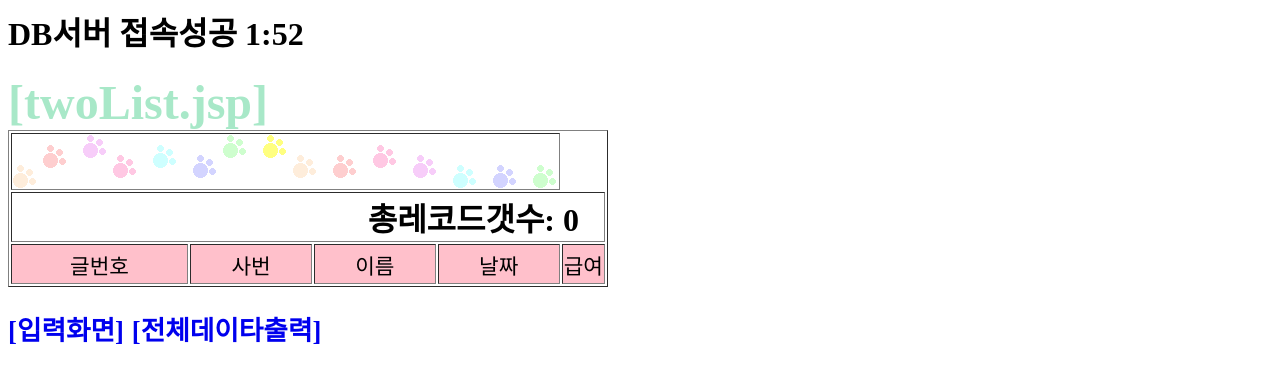
Repository: sorakazae/ITBANK_JSP_101
Page: http://localhost/Web0517/twoList.jsp
These files come from the project's save history. The page is drawn as it stood at one moment and after the next save; the edit follows.
The browser window is 1280 px wide. The pictures show the whole page.
The page is served by Tomcat 9. Queries for data that is not in the repository find no rows.

Above is the page before, as saved 2014-06-01 02:45:59.

### day8/my/Web0517/WebContent/twoList.jsp
<%@ page language="java" contentType="text/html; charset=EUC-KR"
    pageEncoding="EUC-KR"%>

<%@ page import="java.sql.*" %>
<%@ page import="java.util.*" %>

<%!
	private Connection CN;  // DB서버연결정보
	private Statement ST;  // 정적명령어, select, delete쿼리문실행
	private PreparedStatement PST;  // insert, update쿼리문실행
	private ResultSet RS; //RS=ST.executeQuery(sql); 조회된결과
	private String sql; //쿼리문기술 insert, select

	private int Gsabun; //사번값을 받을 필드
	private String Gname; //이름값을 받을 필드
	private int data1;//사번값 데이타값 받을 필드
	private String data2;//이름 데이타값 받을 필드
	private int data3;//급여 데이타값 받을 필드
%>


<%
	try{
		Class.forName("oracle.jdbc.driver.OracleDriver");

		String url="jdbc:oracle:thin:@127.0.0.1:1521:XE";
		CN=DriverManager.getConnection(url, "system","oracle");
		out.println("<h1>DB서버 접속성공 1:52</h1>");
	}catch(Exception ex){
		out.println("<h1>접속에러: "+ex.toString()+"</h1>");
	}

%>

<html>
<head>
<title> [twoList.jsp] </title>
	<style type="text/css">
		td{ font-size:16pt; }
		a{text-decoration:none; font-size:20pt; font-family:궁서체; }
		a:hover{text-decoration:underline;font-size:36pt; font-family:궁서체; }
	</style>
</head>

<body>
 <table border=1 width=600>
  <tr>
  	<td colspan=4 height=40> <img src="images/bar.gif"> </td>
  </tr>
 <%
   int total=0;
   String sql2="select count(*) as cnt from insa";
   try{
	   Statement ST2=CN.createStatement();
	   ResultSet RS2=ST2.executeQuery(sql2); // sql이 아니라 sql2이다
	   if(RS2.next()==true){
		   total=RS2.getInt("cnt");
	   }
   }catch(Exception ex){}
 %>

  <tr align="right">
  	<td colspan=5 height=40>
  	<font size=6><b>총레코드갯수: <%= total %> &nbsp;&nbsp; </b></font>
  	</td>
  </tr>

  <tr height=40 bgcolor=pink align="center">
  	<td> 글번호 </td> <td> 사번 </td> <td> 이름 </td> <td> 날짜 </td> <td> 급여 </td>
  </tr>
  <font size=7 color="#A8E8C8"><b> [twoList.jsp]</b></font>
 <%
	try{
		sql="select * from insa order by sabun";
		ST=CN.createStatement(); //명령어생성
		RS=ST.executeQuery(sql); //조회한 결과는 ResultSet=RS기억
		while(RS.next()==true){ // 자바코드에서 html태그 분리
			Gsabun=RS.getInt("sabun");
			Gname=RS.getString("name");
%>
			<tr
			 onMouseOver="style.backgroundColor='#B7F7D7'"
			 onMouseOut="style.backgroundColor='' "
			>
		  	<td> <%= RS.getInt("rn") %>   </td>
		  	<td> <%= RS.getInt("sabun") %>   </td>
		  	<td> <a href="twoDetail.jsp?idx=<%= Gsabun %>"><%= Gname %></a></td>
		  	<td> <%= RS.getDate("nalja") %>  </td>
		  	<td> <%= RS.getInt("pay") %>     </td>
		  </tr>
<%
		}
	}catch(Exception ex){}
 %>
</table>
	<h1>
	 <a href="two.jsp">[입력화면]</a>
	 <a href="twoList.jsp">[전체데이타출력]</a>
	</h1>
</body>
</html>

After the next save:
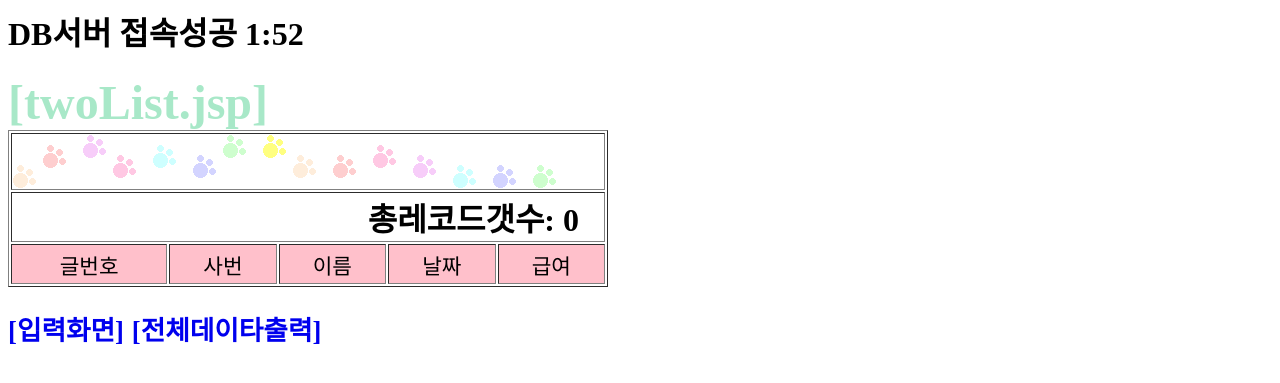
Saved 39 s later.
--- a/day8/my/Web0517/WebContent/twoList.jsp
+++ b/day8/my/Web0517/WebContent/twoList.jsp
@@ -45,7 +45,7 @@
 <body>
  <table border=1 width=600>
   <tr>
-  	<td colspan=4 height=40> <img src="images/bar.gif"> </td>
+  	<td colspan=5 height=40> <img src="images/bar.gif"> </td>
   </tr>
  <%
    int total=0;
